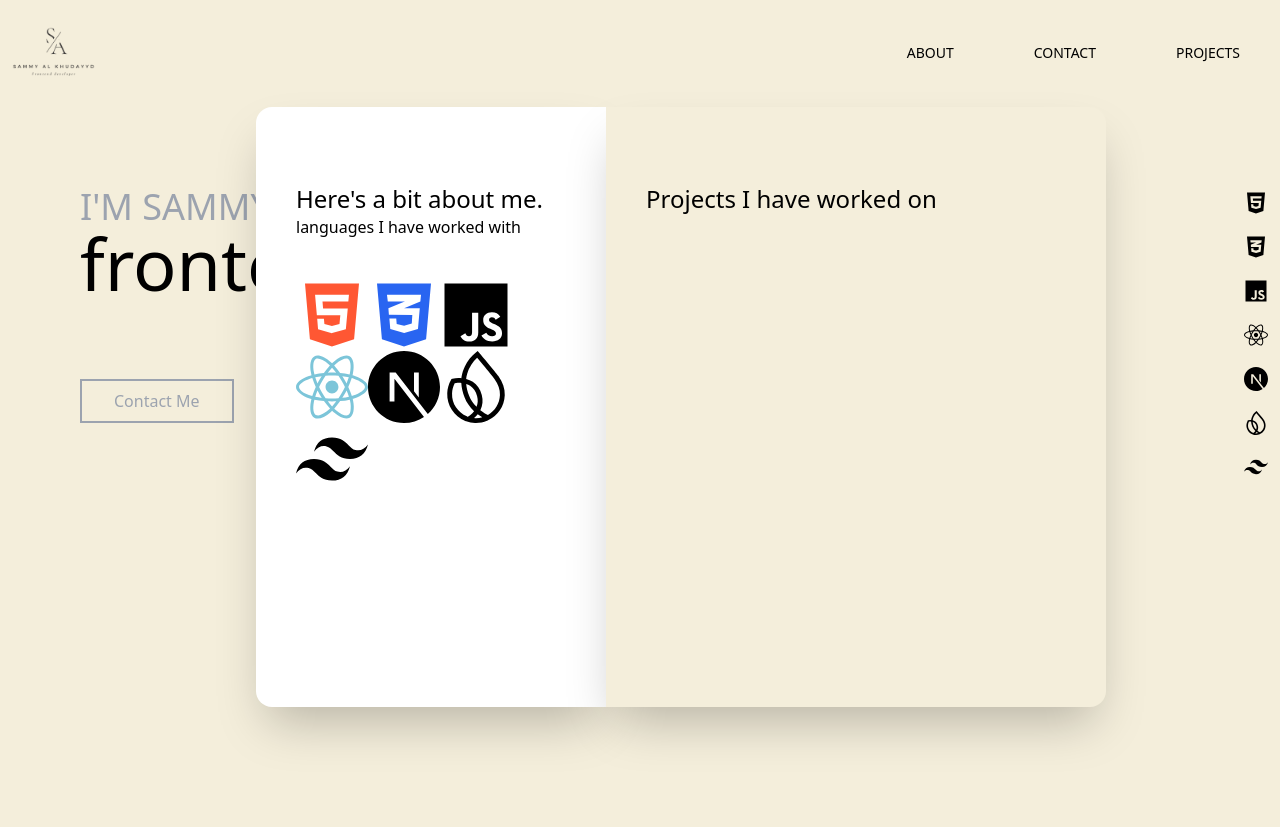
Repository: Al123Kudayyd/myportfolio
Page: /
An editor plug-in stored every save of this project. The page is shown before and after the next save, followed by the edit.
The browser window is 1280 px wide. The pictures show the whole page.
The project was rebuilt for these pictures with package versions that can differ from the ones it lists, and the page was loaded fresh each time. Also part of the build but not shown: src/components/model.js.

Above is the page before, as saved 2024-02-21 14:06:53.

### src/App.js
import Main from './components/Main';
import Nav from './components/Nav';
import Model from './components/Model'


function App() {
  return (
    <div className=" ">
      <Nav />
      <Main />

    </div>
  );
}

export default App;

### src/components/Main.jsx
import React, { useState } from 'react'
import Model from './Model'
import { LiaTimesSolid } from "react-icons/lia";
import { FaHtml5, FaReact } from "react-icons/fa";
import { FaCss3Alt } from "react-icons/fa6";
import { IoLogoJavascript } from "react-icons/io5";
import { SiNextdotjs } from "react-icons/si";
import { SiFirebase } from "react-icons/si";
import { SiTailwindcss } from "react-icons/si";
import Projects from './Projects';


function Main() {
    const [openModal, setOpenModal] = useState(false)
  return (
    <div className='relative'>
    <div className='bg-[#f4eedb] relative h-screen'>
        <div className='-z-10 pl-20 pt-20 '>
            <h1 className=''><span className='text-gray-400 font-extralight text-4xl'>I'M SAMMY AND I'M A</span>
            <br /><span className='text-7xl'>frontend developer.</span></h1>
            <button className='mt-20 border-gray-400 border-2 text-gray-400 py-2 px-8 hover:bg-gray-400 hover:text-[#f4eedb]
            transition-all duration-300'
            onClick={() => setOpenModal(true)}>
                Contact Me</button>
        </div>

    </div>
    {
        openModal && <Model btn={<LiaTimesSolid onClick={() => setOpenModal(false)} />} />
    }
    <div className='absolute top-[10%] right-0 text-2xl space-y-5 m-3'>
            <FaHtml5 />
            <FaCss3Alt />
            <IoLogoJavascript />
            <FaReact />
            <SiNextdotjs />
            <SiFirebase />
            <SiTailwindcss />
        </div>
        <Projects className='' />
    </div>
  )
}

export default Main

### src/components/Nav.jsx
import React from 'react'
import logo from '../assets/logo.png'
import { LiaBarsSolid } from "react-icons/lia";

function Nav({ }) {
  return (
    <div className='bg-[#f4eedb] relative'>
        <div className='flex justify-between items-center'>
            <img src={logo} className="w-[20%] md:w-1/12 " />
            <LiaBarsSolid className='sm:hidden text-3xl mr-5 hover:text-gray-400 cursor-pointer active:scale-[.85] transition-all duration-300' />
            <ul className='hidden sm:flex font-extralight text-sm '>
                <li className='px-10 cursor-pointer hover:text-gray-400 transition-all duration-300'>ABOUT</li>
                <li className='px-10 cursor-pointer hover:text-gray-400 transition-all duration-300'>CONTACT</li>
                <li className='px-10 cursor-pointer hover:text-gray-400 transition-all duration-300'>PROJECTS</li>
            </ul>
        </div>



    </div>
  )
}

export default Nav

### src/components/Projects.jsx
import React from 'react'
import { FaHtml5, FaReact } from "react-icons/fa";
import { FaCss3Alt } from "react-icons/fa6";
import { IoLogoJavascript } from "react-icons/io5";
import { SiNextdotjs } from "react-icons/si";
import { SiFirebase } from "react-icons/si";
import { SiTailwindcss } from "react-icons/si";

function Projects() {
  return (
    <div className='absolute top-0 left-[20%]'>
        <div className='flex justify-center items-center'>
            <div className='shadow-2xl bg-white w-[350px] h-[600px] rounded-l-2xl'>
                <div className='px-[40px] py-[76px]'>
                    <h1 className='text-2xl'>Here's a bit about me.</h1>
                    <h3 className='text-md '>languages I have worked with</h3>
                    <div className='flex flex-wrap my-10 text-7xl '>
                        <FaHtml5 className='text-[#FF5733]' />
                        <FaCss3Alt className='text-[#2965F1]' />
                        <IoLogoJavascript className='' />
                        <FaReact className='text-[#7CC5D9]' />
                        <SiNextdotjs />
                        <SiFirebase />
                        <SiTailwindcss />
                    </div>
                </div>

            </div>
            <div className='shadow-2xl bg-[#f4eedb] w-[500px] h-[600px] rounded-r-2xl '>
                <div className='px-[40px] py-[76px]'>
                    <h1 className='text-2xl'>Projects I have worked on</h1>
                </div>

            </div>
        </div>
    </div>
  )
}

export default Projects

### tailwind.config.js
/** @type {import('tailwindcss').Config} */
module.exports = {
  content: [
    "./src/components/Nav.{js,jsx,ts,tsx}",
    "./src/components/Main.{js,jsx,ts,tsx}",
    "./src/components/App.{js,jsx,ts,tsx}",
    "./src/components/Model.{js,jsx,ts,tsx}",
    "./src/components/Projects.{js,jsx,ts,tsx}"
  ],
  theme: {
    extend: {},
  },
  plugins: [],
}

Loaded but not shown: public/index.html (common file); src/index.js (common file); src/index.css (common file); src/reportWebVitals.js (common file)

After the next save:
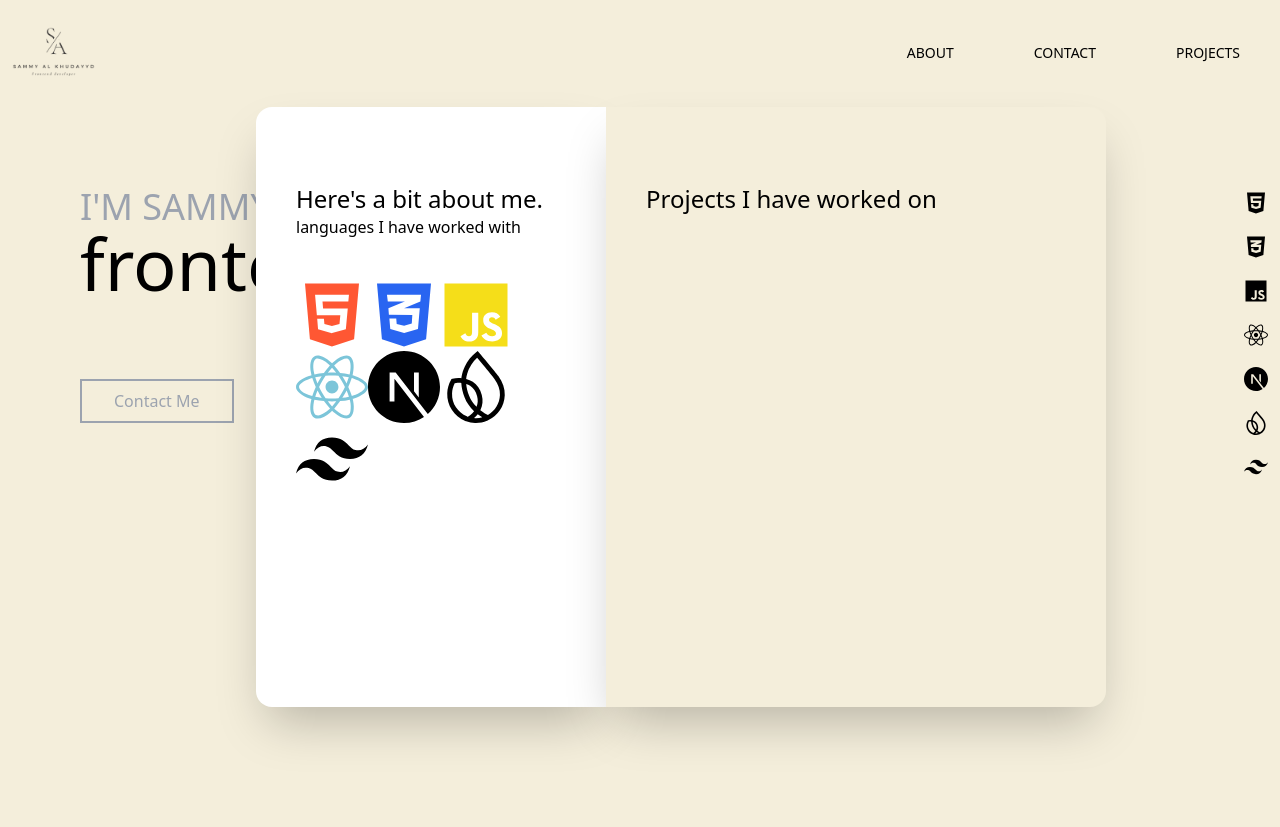
Saved 39 s later.
--- a/src/components/Projects.jsx
+++ b/src/components/Projects.jsx
@@ -17,7 +17,7 @@ function Projects() {
                     <div className='flex flex-wrap my-10 text-7xl '>
                         <FaHtml5 className='text-[#FF5733]' />
                         <FaCss3Alt className='text-[#2965F1]' />
-                        <IoLogoJavascript className='' />
+                        <IoLogoJavascript className='text-[#F5DE19]' />
                         <FaReact className='text-[#7CC5D9]' />
                         <SiNextdotjs />
                         <SiFirebase />
